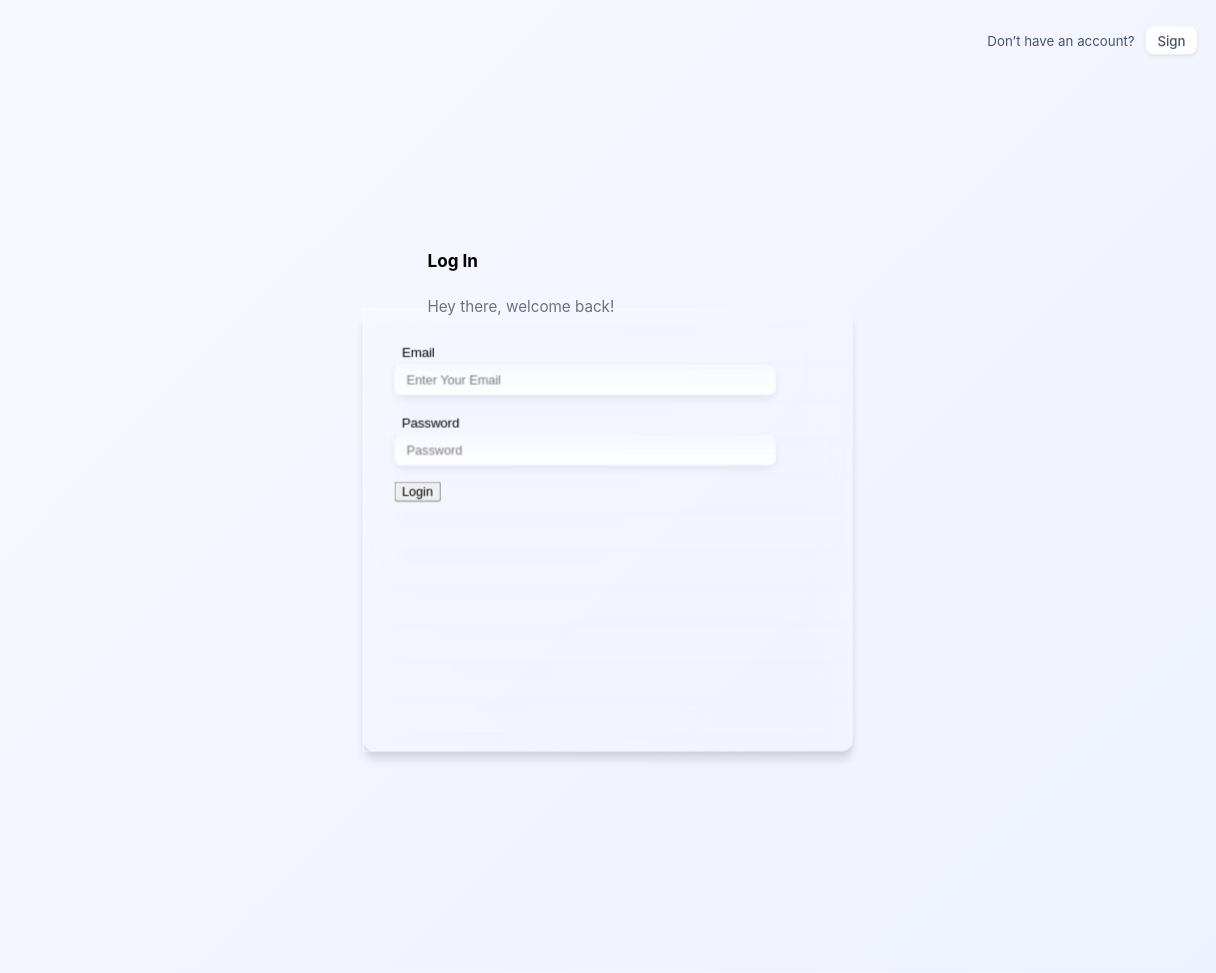
Repository: AfifaNoor/Admin_Panel-React-
Page: /sign-up
These files come from the project's save history. The page is drawn as it stood at one moment and after the next save; the edit follows.
The browser window is 1280 px wide. The pictures show the whole page, at 95% of full size.
The project was rebuilt for these pictures with package versions that can differ from the ones it lists, and the page was loaded fresh each time. Also part of the build but not shown: src/SignUp.jsx.

Above is the page before, as saved 2025-07-10 16:41:08.

### src/App.js
import React from 'react'
import LoginPage from './LoginPage'
import { RouterProvider } from 'react-router-dom'
import Router from './Router'

const App = () => {
  return (
    <>
      {/* <RouterProvider router={Router}/> */}
      <LoginPage/>
    </>


  )
}

export default App

### src/LoginPage.jsx
import React, { useState } from 'react'
// import {Navigate, useNavigate} from 'react-router-dom';
import "./LoginPage.css"
import { ToastContainer, toast } from 'react-toastify';
import 'react-toastify/dist/ReactToastify.css';

const LoginPage = () => {
    const[email , setEmail]=useState('')
    const [password , setPassword] = useState('')
    // const navigate= useNavigate();

const handleSubmit =(e)=>{
    e.preventDefault();

 const hardcoreMail="login@gmail.com";
 const hardcorePassword = '1234567'

    if (email=== hardcoreMail && password === hardcorePassword){
        alert("Login Successfull")

    }else{
        alert("Invalid Credential")
    }

}



  return (
 <div className="login-container">

      <div className="signup-redirect">
        <p>
          Don’t have an account?{' '}
          {/* <span className="signup-link" onClick={() => navigate('/sign-up')}> */}
            {/* Sign Up */}
          {/* </span> */}
          <span className="signup-link" >
            Sign
          </span>
        </p>
      </div>

      <div className="title">
        <h1>Log In</h1>
        <p>Hey there, welcome back!</p>
      </div>

    <div>



    </div>

      <form className="login-form" onSubmit={handleSubmit}>
      <label className='form-label'>Email</label>
        <input
          type="email"
          className="form-input"
          value={email}
          placeholder="Enter Your Email"
          onChange={(e) => setEmail(e.target.value)}
          required
        />

        <label className='form-label'>Password</label>
        <input
          type="password"
          className="form-input"
          placeholder="Password"
          value={password}
          onChange={(e) => setPassword(e.target.value)}
          required
        />

        <button className="login-btn" type="submit">
          Login
        </button>

        {/* <ToastContainer /> */}
      </form>
    </div>
  );
}

export default LoginPage

### src/Router.jsx
import React from 'react';
import { createBrowserRouter , createRoutesFromElements , Route } from 'react-router-dom';
import LoginPage from './LoginPage';
import SignUp from './SignUp';

const Router = createBrowserRouter(
  createRoutesFromElements(
    <>

      <Route path='/sign-up' element={<SignUp/>}/>
      <Route path='login-page' element={<LoginPage/>}/>
    </>
  )
)

export default Router;

### src/LoginPage.css
.login-container {
  width: 100%;
  height: 1024px;
  /* background: #FFFFFF; */
  opacity: 1;
  transform: rotate(0deg);
  display: flex;
  justify-content: center;
  align-items: center;
  background: linear-gradient(135deg, #f8f9ff, #eef2ff);
  flex-direction: column;
  /* font-family: 'Inter','sans-serif'; */
  position: relative;


}
.signup-redirect {
  position: absolute;
  top: 20px;
  right: 20px;
  font-size: 14px;
  color: #475569;
}

.signup-link {
  background: #ffffff;
  border-radius: 8px;
  padding: 6px 12px;
  margin-left: 8px;
  box-shadow: 0 2px 4px rgba(0,0,0,0.1);
  cursor: pointer;
  font-weight: 500;
  transition: all 0.3s ease;
}

.signup-link:hover {
  background: #f0f0f0;
}


.title{
  z-index: 3;
  width: 380px;
  height: 72px;
  opacity: 1;
  gap: 10px;
  padding: 10px;
  /* margin-bottom: 550px; */
  /* box-shadow: 0 4px 12px rgba(0, 0, 0, 0.1); */

}

.title h1 {
width: 380px;
height: 40px;
font-family: 'Inter', sans-serif;
font-weight: 600px;
font-size: 18px;
line-height: 40px;
letter-spacing: -1%;
margin-bottom: 8px;
}

.title p{
  font-size: 16px;
  font-style: Inter;
  font-weight: 400px;
  font-style:normal;
  line-height: 22px;
  /* letter-spacing: -1%; */
  color: rgba(107, 114, 128, 1);
  margin-bottom: 24px;
  /* margin-bottom: 5px; */

}

.login-form{
  width: 450px;
  height: 400px;
  /* position: absolute; */
  /* top: 150.5px; */
  /* left: 482px; */
  border-radius: 12px;
  padding: 32px;
  gap: 10px;
  opacity: 1;
  flex-direction: column;

  z-index: 2;

  background: linear-gradient(180deg, rgba(255, 255, 255, 0) -9.58%, rgba(255, 255, 255, 0.052) 100%);
  border: 1px solid transparent;
  border-image-source: linear-gradient(93.78deg, #FFFFFF 8.04%, rgba(255, 255, 255, 0) 100%);
  border-image-slice: 1;


-webkit-backdrop-filter: blur(20px);
backdrop-filter: blur(20px);

box-shadow:
  0px 10px 10px 0px rgba(0, 0, 0, 0.10),
  0px 4px 4px 0px rgba(0, 0, 0, 0.05),
  0px 1px 0px 0px rgba(0, 0, 0, 0.05),
  inset 0px 20px 50px 0px rgba(255, 255, 255, 0.15);

}

.form-label{
width: 380px;
height: 22px;
transform: rotate(0deg);
opacity: 1;
gap: 12px;
text-align: left;

font-family: 'Intern',sans-serif;
font-weight: 500px;
font-size: 14px;
line-height: 22px;
letter-spacing: -0.01em;

color:black;


border: none;
border-radius: 6px;
padding: 2px 8px;
cursor: pointer;
display: inline-flex;
/* align-items: left; */
justify-content: left;

}

.form-input{

 width: 380px;
  height: 20px;
  min-width: 140px;
  max-width: 500px;
  transform: rotate(0deg);
  opacity: 1;
  border-radius: 8px;
  border-width: 1px;
  padding: 5px 8px 5px 12px;
  gap: 8px;
  margin-bottom: 16px;

  background: linear-gradient(0deg, rgba(255, 255, 255, 0.9) 0%, rgba(255, 255, 255, 0.4) 100%);
  border: 1px solid transparent; /* fallback for border-image */

  border-image:
    linear-gradient(0deg, rgba(255, 255, 255, 0.1), rgba(255, 255, 255, 0.1)),
    linear-gradient(360deg, rgba(255, 255, 255, 0.5) 0%, rgba(255, 255, 255, 0) 100%);
  border-image-slice: 1;


  -webkit-backdrop-filter: blur(20px);
  backdrop-filter: blur(20px);
  box-shadow: 0 4px 10px rgba(0,0,0,0.08);
  cursor: pointer;
}

Loaded but not shown: public/index.html (common file); src/index.js (common file); src/index.css (common file); src/reportWebVitals.js (common file)

After the next save:
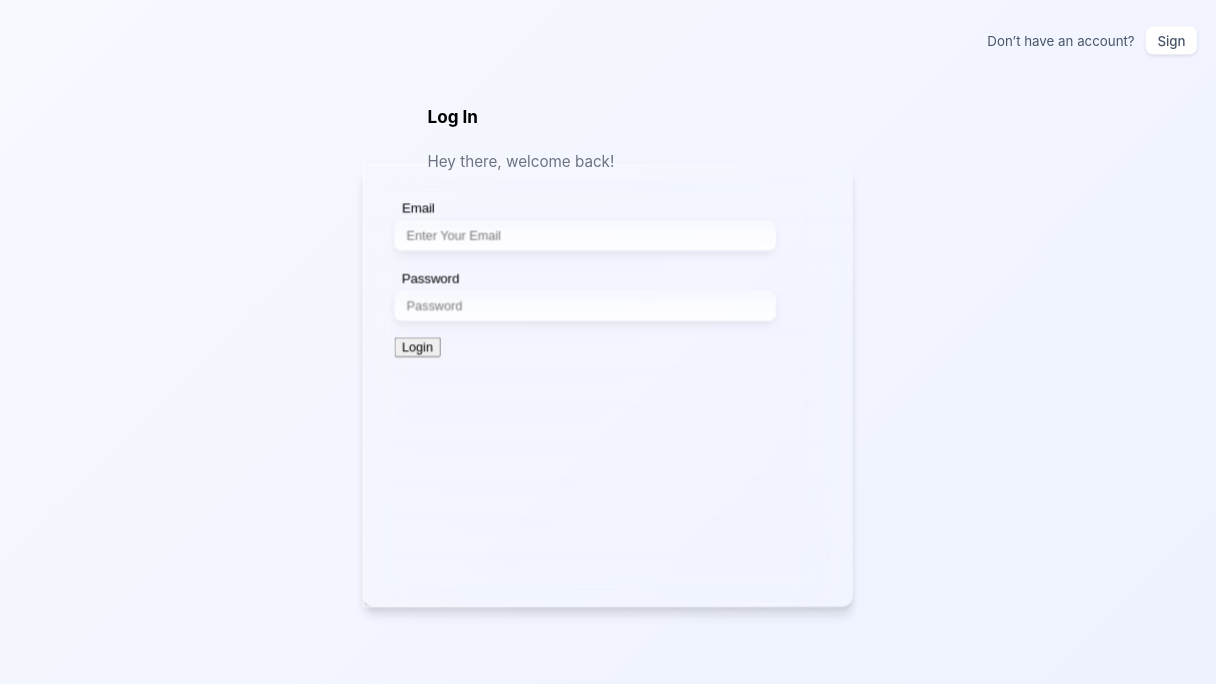
Saved 44 s later.
--- a/src/LoginPage.css
+++ b/src/LoginPage.css
@@ -1,6 +1,6 @@
 .login-container {
   width: 100%;
-  height: 1024px;
+  height: 100vh;
   /* background: #FFFFFF; */
   opacity: 1;
   transform: rotate(0deg);
